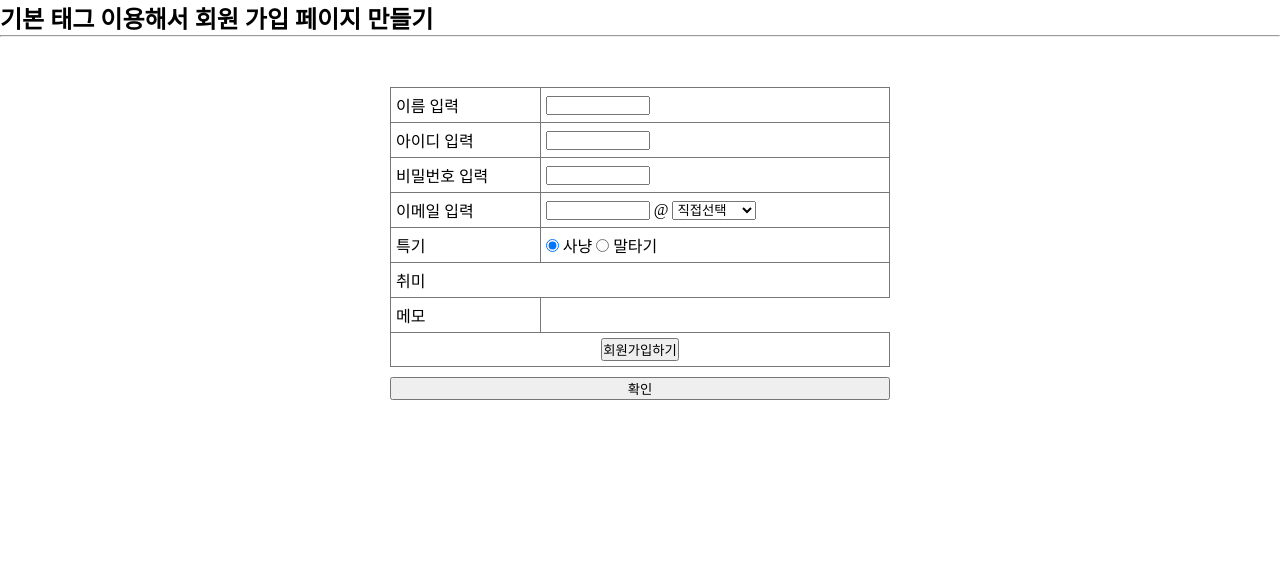
Repository: hyunh84/jsp_study
Page: http://localhost/Day03/j01_mem01.jsp
These files come from the project's save history. The page is drawn as it stood at one moment and after the next save; the edit follows.
The browser window is 1280 px wide. The pictures show the whole page.
The page is served by Tomcat 9. Other server files are loaded and not shown.

Above is the page before, as saved 2015-09-12 00:53:51.

### MyWorks/Day03/WebContent/j01_mem01.jsp
<%@ page language="java" contentType="text/html; charset=utf-8"
    pageEncoding="utf-8"%>
<!DOCTYPE html>
<html>
<head>
<meta charset="utf-8">
<title>Insert title here</title>

<style type="text/css">
	* {margin:0; padding:0;}
	table {border-collapse:collapse; }
	table th {padding:5px; border:1px solid #777;}
	table td {padding:5px; border:1px solid #777;}
</style>
<script type="text/javascript" src="/Day03/js/jquery-1.11.3.min.js"></script>

</head>
<body>

	<h2>기본 태그 이용해서 회원 가입 페이지 만들기</h2>
	<hr>

	<%--

	 --%>
	<form action="/Day03/j01_mem02.jsp" method="post">
		<div style="width:500px; margin:50px auto 0;">
			<table style="width:100%;">
				<colgroup>
					<col style="width:30%;" />
					<col style="width:70%;" />
				</colgroup>
				<tbody>
					<tr>
						<td>이름 입력</td>
						<td><input type="text" name="name" style="width:100px;" /></td>
					</tr>
					<tr>
						<td>아이디 입력</td>
						<td><input type="text" name="id" style="width:100px;" /></td>
					</tr>
					<tr>
						<td>비밀번호 입력</td>
						<td><input type="password" name="pw" style="width:100px;" /></td>
					</tr>
					<tr>
						<td>이메일 입력</td>
						<td>
							<input type="text" name="email1" style="width:100px;" /> @
							<select name="email2">
								<option value="default">직접선택</option>
								<option>naver.com</option>
								<option>daum.net</option>
								<option>gmail.com</option>
							</select>
						</td>
					</tr>
					<tr>
						<td>특기</td>
						<td>
							<input type="radio" name="char" value="사냥" checked /> 사냥
							<input type="radio" name="char" value="말타기" /> 말타기
						</td>
					</tr>
					<tr>
						<td colspan="2">취미</td>
					</tr>
					<tr>
						<td>메모</td>
					</tr>
					<tr>
						<td colspan="2" align="center">
							<input type="submit" value="회원가입하기"/>
						</td>
					</tr>
				</tbody>
			</table>
			<button type="submit" style="width:100%; margin:10px 0 0;">확인</button>
		</div>
	</form>

	<script>
		$(document).ready(function() {
			$('select[name = email2]').change(function() {
				console.log($('option:selected', this).val());

			});
		});
	</script>




</body>
</html>

Loaded but not shown: MyWorks/Day03/WebContent/js/jquery-1.11.3.min.js (library)

After the next save:
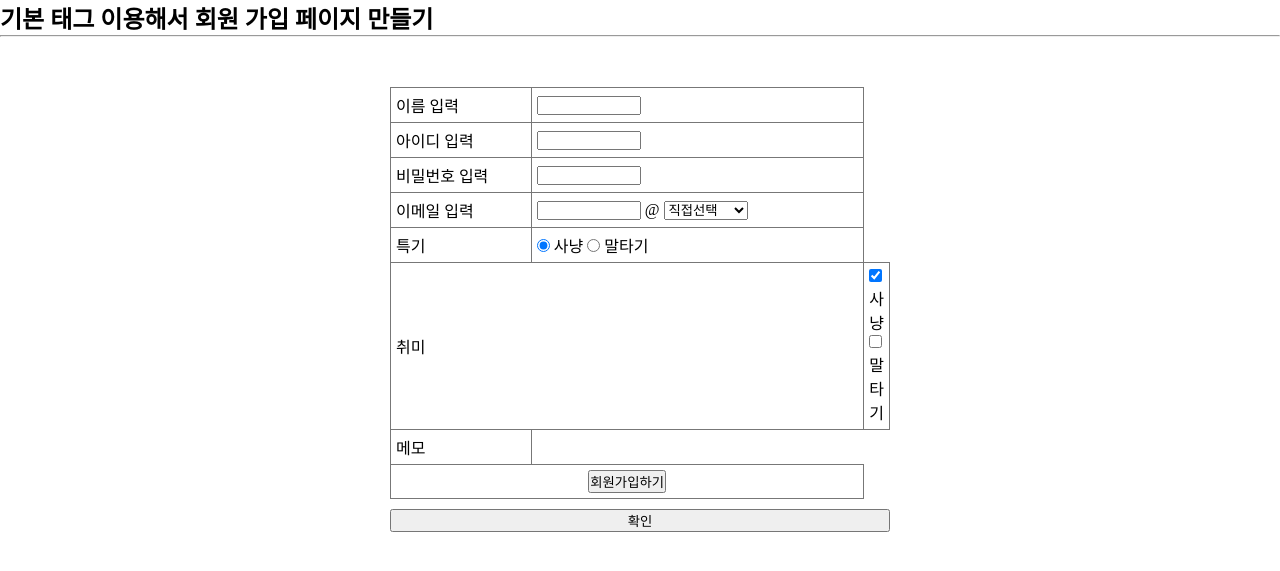
Saved 18 s later.
--- a/MyWorks/Day03/WebContent/j01_mem01.jsp
+++ b/MyWorks/Day03/WebContent/j01_mem01.jsp
@@ -64,6 +64,10 @@
 					</tr>
 					<tr>
 						<td colspan="2">취미</td>
+						<td>
+							<input type="checkbox" name="char" value="사냥" checked /> 사냥
+							<input type="checkbox" name="char" value="말타기" /> 말타기
+						</td>
 					</tr>
 					<tr>
 						<td>메모</td>

After the 2 saves that followed:
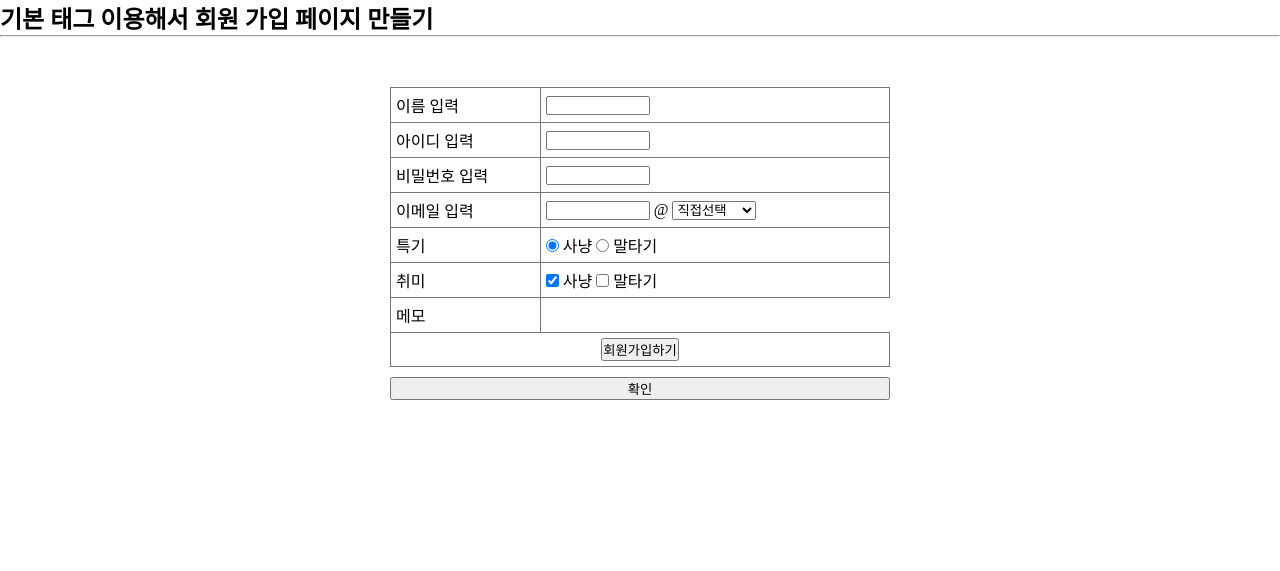
The 2 saves are shown as one change because 1 left the picture as it was.
The last was saved 74 s later.
--- a/MyWorks/Day03/WebContent/j01_mem01.jsp
+++ b/MyWorks/Day03/WebContent/j01_mem01.jsp
@@ -63,10 +63,10 @@
 						</td>
 					</tr>
 					<tr>
-						<td colspan="2">취미</td>
+						<td>취미</td>
 						<td>
-							<input type="checkbox" name="char" value="사냥" checked /> 사냥
-							<input type="checkbox" name="char" value="말타기" /> 말타기
+							<input type="checkbox" name="" value="사냥" checked /> 사냥
+							<input type="checkbox" name="" value="말타기" /> 말타기
 						</td>
 					</tr>
 					<tr>
